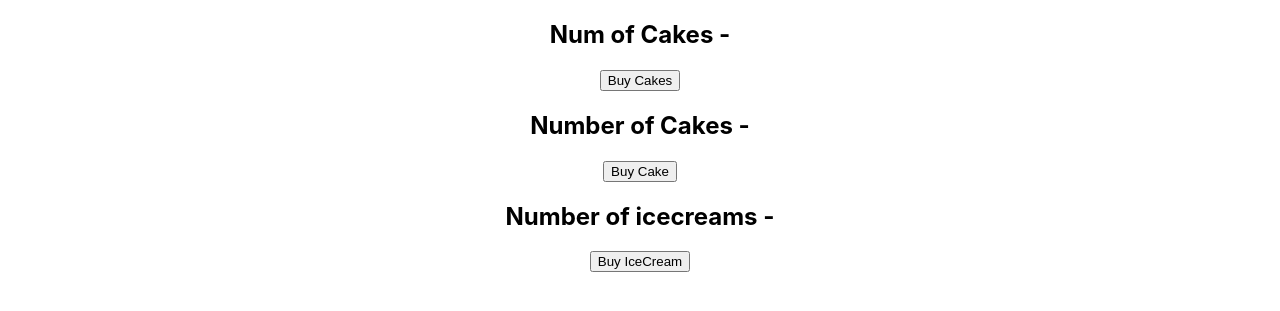
Repository: hardikaureate/react-redux-demo-axios
Page: /
The author's editor kept a copy of each file at every save. The page is drawn from the files as they stood at one save, then again after the next save.
The browser window is 1280 px wide. The pictures show the whole page.
The project was rebuilt for these pictures with package versions that can differ from the ones it lists, and the page was loaded fresh each time.

Above is the page before, as saved 2020-11-04 17:12:42.

### src/App.js

import './App.css';
import { Provider } from 'react-redux'
import store from './redux/store'
import CakeContainer from './components/CakeContainer';
import HooksCakeContainer from './components/HooksCakeContainer';
import IceCreamContainer from './components/IceCreamContainer';

function App() {
  return (
    <Provider store={store}>
    <div className="App">
      <HooksCakeContainer />
      <CakeContainer />
      <IceCreamContainer />
    </div>
    </Provider>
  );
}

export default App;

### src/redux/store.js
import { createStore } from 'redux'
//import cakeReducer from './cake/cakeReducer'
import rootReducer from './rootReducer'

const store = createStore(rootReducer)

export default store

### src/components/CakeContainer.js
import React from 'react'
import {connect} from 'react-redux'
import { buyCake } from '../redux'

function CakeContainer(props) {
    return (
        <div>
            <h2>Number of Cakes - {props.numOfCakes}</h2>
            <button onClick={props.buyCake}>Buy Cake</button>
        </div>
    )
}

const mapStateTOProps = state => {
    return{
        numOfCakes: state.numOfCakes
    }
}

const mapDispatchToProps = dispatch => {
    return {
        buyCake: () => dispatch(buyCake())
    }
}

export default connect(mapStateTOProps, mapDispatchToProps)(CakeContainer)

### src/components/HooksCakeContainer.js
import React from 'react'
import { useSelector, useDispatch } from 'react-redux'
import { buyCake } from '../redux'

function HooksCakeContainer() {
    const numOfCakes =  useSelector(state => state.numOfCakes)
    const dispatch = useDispatch()
    return (
        <div>
            <h2>Num of Cakes - {numOfCakes} </h2>
            <button onClick={() => dispatch(buyCake())}>Buy Cakes</button>
        </div>
    )
}

export default HooksCakeContainer

### src/components/IceCreamContainer.js
import React from 'react'
import {connect} from 'react-redux'
import { buyIceCream } from '../redux'

function IceCreamContainer(props) {
    return (
        <div>
            <h2>Number of icecreams - {props.numOfIceCreams}</h2>
            <button onClick={props.buyIceCream}>Buy IceCream</button>
        </div>
    )
}

const mapStateTOProps = state => {
    return{
        numOfIceCreams: state.numOfIceCreams
    }
}

const mapDispatchToProps = dispatch => {
    return {
        buyIceCream: () => dispatch(buyIceCream())
    }
}

export default connect(mapStateTOProps, mapDispatchToProps)(IceCreamContainer)

### src/redux/rootReducer.js
import { combineReducers } from 'redux'
import cakeReducer from './cake/cakeReducer'
import iceCreamReducer from './iceCream/iceCreamReducer'


const rootReducer = combineReducers({
    cake: cakeReducer,
    iceCream: iceCreamReducer
})

export default rootReducer

### src/redux/index.js
export { buyCake } from './cake/cakeActions'
export { buyIceCream } from './iceCream/IceCreamActions'

### src/redux/cake/cakeReducer.js
import {BUY_CAKE} from './cakeTypes'

const initialState = {
    numOfCakes: 10
}
const cakeReducer = (state = initialState, action) => {
    switch(action.type) {
        case BUY_CAKE: return {
            ...state,
            numOfCakes: state.numOfCakes - 1
        }
        default:return state
    }
}
export default cakeReducer

### src/redux/iceCream/iceCreamReducer.js
import {BUY_ICECREAM} from './iceCreamTypes'

const initialState = {
    numOfIceCreams: 20
}

const iceCreamReducer = (state = initialState, action) => {
    switch(action.type) {
        case BUY_ICECREAM: return{
            ...state,
            numOfIceCreams: state.numOfIceCreams - 1
        }
        default: return state
    }
}

export default iceCreamReducer

### src/redux/cake/cakeActions.js
import {BUY_CAKE} from './cakeTypes'

export const buyCake = () => {
    return {
        type: BUY_CAKE
    }
}

### src/redux/IceCream/IceCreamActions.js
import { BUY_ICECREAM } from './IceCreamTypes'



export const buyIceCream = () => {
    return {
        type: BUY_ICECREAM
    }
}

Loaded but not shown: public/index.html (common file); src/index.js (common file); src/index.css (common file); src/reportWebVitals.js (common file); src/App.css (common file); src/redux/cake/cakeTypes.js (common file); src/redux/IceCream/IceCreamTypes.js (common file)

After the next save:
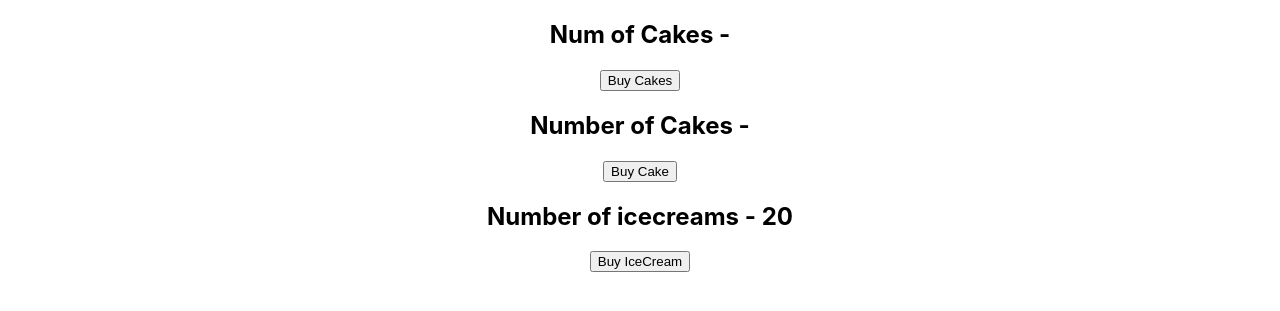
Saved 5 min 33 s later.
--- a/src/components/IceCreamContainer.js
+++ b/src/components/IceCreamContainer.js
@@ -13,7 +13,7 @@ function IceCreamContainer(props) {
 
 const mapStateTOProps = state => {
     return{
-        numOfIceCreams: state.numOfIceCreams
+        numOfIceCreams: state.iceCream.numOfIceCreams
     }
 }
 
